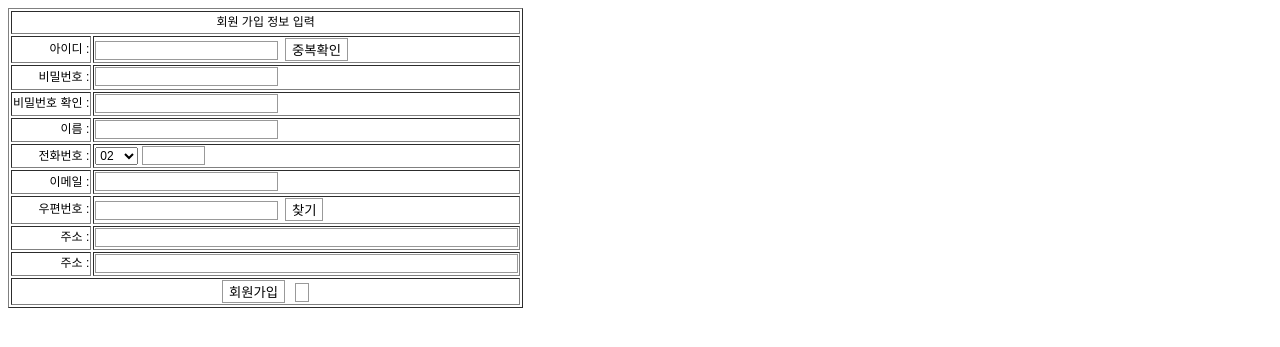
Repository: sgnq008-tech/JSP
Page: http://localhost/WebProject/memberone/regForm.jsp
The author's editor kept a copy of each file at every save. The page is drawn from the files as they stood at one save, then again after the next save.
The browser window is 1280 px wide. The pictures show the whole page.
The page is served by Tomcat 9.

Above is the page before, as saved 2026-09-14 07:48:02.
Console error (its wording comes from the project's code and is left out).

After the next save:
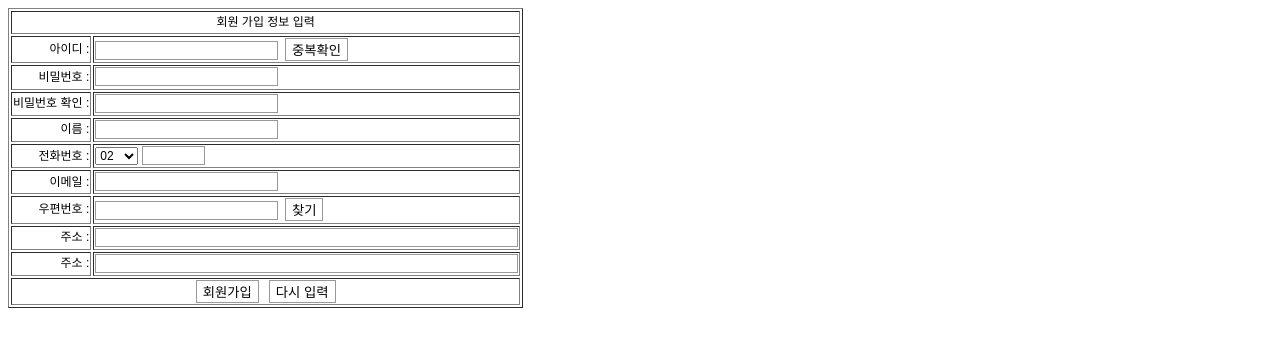
Saved 32 s later.
--- a/jsp_workspace/WebProject/src/main/webapp/memberone/regForm.jsp
+++ b/jsp_workspace/WebProject/src/main/webapp/memberone/regForm.jsp
@@ -88,8 +88,8 @@
 
        <tr>
            <td colspan="2" align="center">
-                  <input type="button" value="회원가입">&nbsp;&nbsp;
-                  <input type="button" value=""
+                  <input type="button" value="회원가입" onclick="#">&nbsp;&nbsp;
+                  <input type="reset" value="다시 입력"
                   onclick="javascript:window.location='regForm.jsp' ">
            </td>
          </tr>
